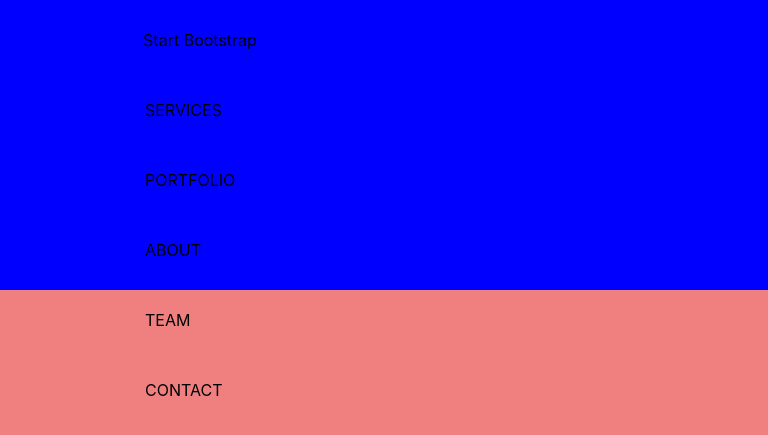
Repository: ooter37/media-queries-afternoon
Page: / (app in portfolio-clone/)
The author's editor kept a copy of each file at every save. The page is drawn from the files as they stood at one save, then again after the next save.
The browser window is 768 px wide. The pictures show the whole page.
The project was rebuilt for these pictures with package versions that can differ from the ones it lists, and the page was loaded fresh each time.

Above is the page before, as saved 2020-04-13 14:03:42.

### portfolio-clone/src/App.js
import React from 'react';
import './App.css';
import Banner from './Components/Banner'

function App() {
  return (
    <div className="App">
      <Banner />
    </div>
  );
}

export default App;

### portfolio-clone/src/App.css
body {
  width: 100vw;
  background-color: lightcoral;
}

.header {
  width: 100%;
  height: 80px;
  background-color: lightgrey;
  display: flex;
}

.navbar {
  height: 100%;
  width: 100%;
  display: flex;
  align-items: center;
}

.buttons {
  width: 400px;
	display: flex;
	flex-direction: row;
	justify-content: space-between;
  align-items: center;
  position: fixed;
  top: 30px;
  right: 20px;
}
.buttons-background {
  width: 100vw;
  height: 500px;
}

.start-bootstrap {
  width: 400px;
  display: flex;
  justify-content: center;
  position: fixed;
  top: 30px;
  left: 0px;
}

@media screen and (max-width: 991px) {
  .buttons-background {
    background-color: blue;
  }
  .buttons {
    flex-direction: column;
    align-items: baseline;
    min-width: 300px;
    height: 300px;
    left: 145px;
    top: 100px;
  }

}

### portfolio-clone/src/Components/Banner.js
import React from 'react'



export default class Banner extends React.Component {
    constructor() {
        super()

    }
    render() {
        return (
            <header className='header'>
                <nav className='navbar'>
                    <div className='start-bootstrap'>Start Bootstrap</div>
                    <div className='buttons-background'>
                    <div className='buttons'>

                            <div>SERVICES</div>

                            <div>PORTFOLIO</div>

                            <div>ABOUT</div>

                            <div>TEAM</div>

                            <div>CONTACT</div>

                    </div>
                    </div>
                </nav>
            </header>
        )
    }
}

Loaded but not shown: portfolio-clone/public/index.html (common file); portfolio-clone/src/index.js (common file); portfolio-clone/src/index.css (common file); portfolio-clone/src/serviceWorker.js (common file)

After the next save:
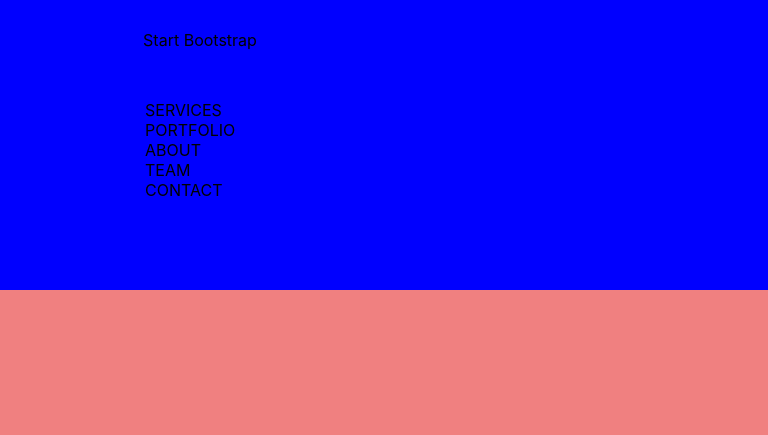
Saved 103 s later.
--- a/portfolio-clone/src/App.css
+++ b/portfolio-clone/src/App.css
@@ -48,6 +48,7 @@ body {
   .buttons {
     flex-direction: column;
     align-items: baseline;
+    justify-content: start;
     min-width: 300px;
     height: 300px;
     left: 145px;
